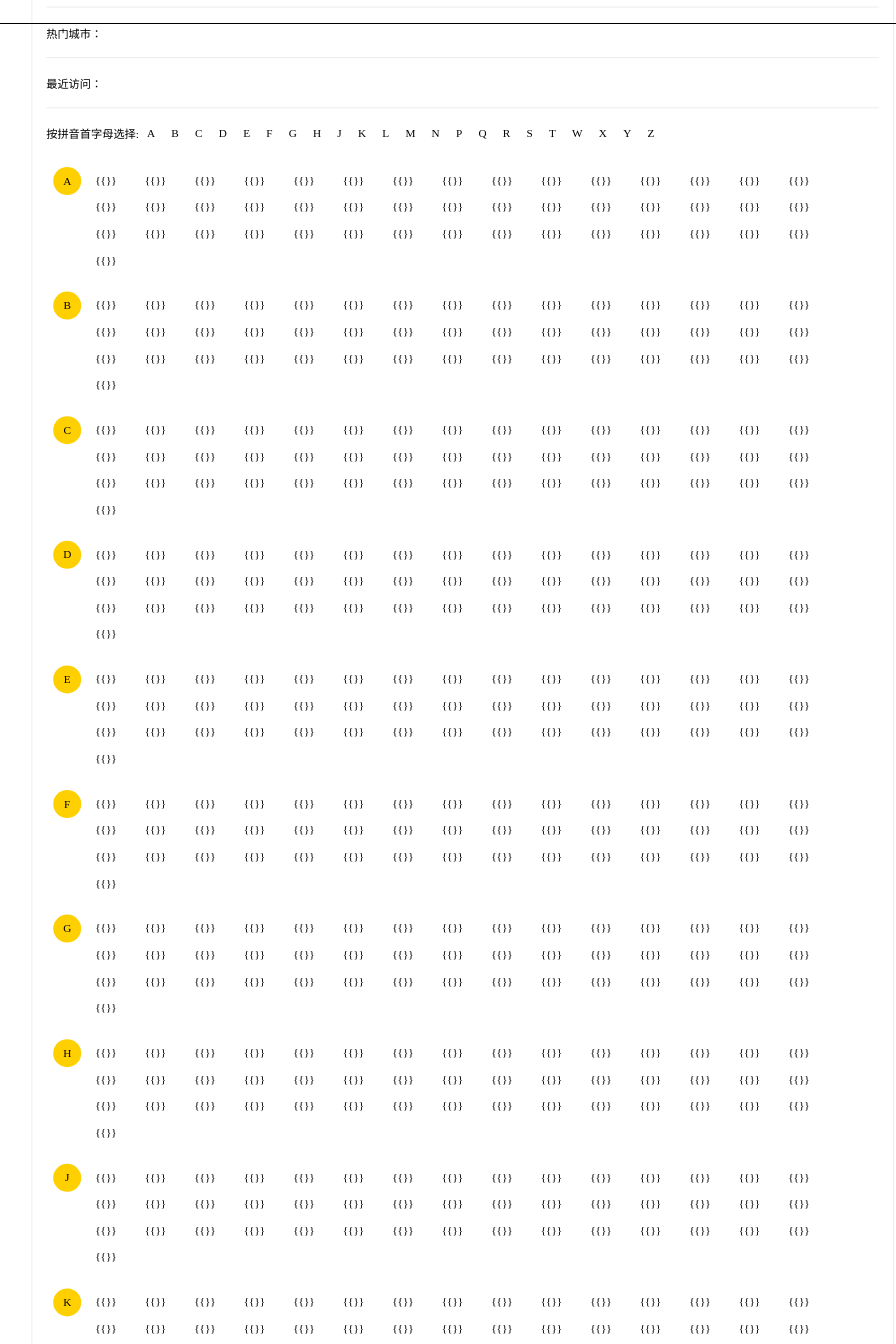
Repository: jinggegeZ/-
Page: /city
An editor plug-in stored every save of this project. The page is shown before and after the next save, followed by the edit.
The browser window is 1280 px wide. The pictures show the part of the page from y = 332 to 2252 px (the page is 4494 px tall before and 5022 px after), at 70% of full size.
The page's requests for data from a server got no answer. The project was rebuilt for these pictures with package versions that can differ from the ones it lists, and the page was loaded fresh each time. No one was signed in, and anything a server would have sent is missing. Also part of the build but not shown: vue.config.js, src/components/Navigation/Navigation.vue, src/components/navbox/navbox.vue, src/components/Sty/Sty.vue, src/views/Home.vue.

Above is the page before, as saved 2020-08-21 18:09:12.

After the next save:
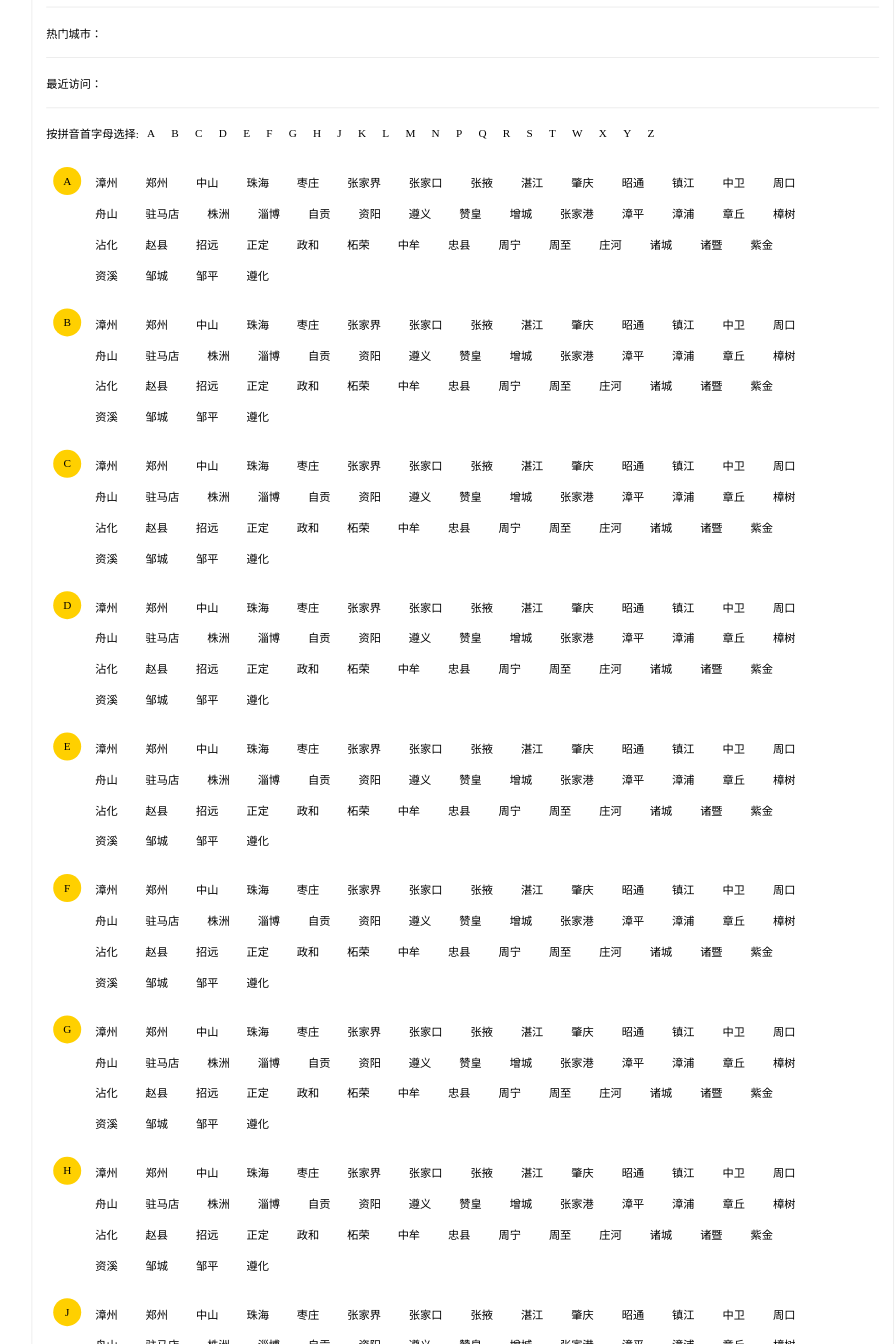
Saved 47 s later.
--- a/src/views/city/city.vue
+++ b/src/views/city/city.vue
@@ -114,7 +114,7 @@
           <div class="detailscity" v-for="(item,index) in letter" :key="index">
             <div class="letter">{{item}}</div>
             <div class="letters">
-                <div class="letters-item" v-for="(item,index) in letters" key="index">{{}}</div>
+                <div class="letters-item" v-for="item1 in letters" :key="item1.id">{{item1.name}}</div>
             </div>
           </div>
         </div>
